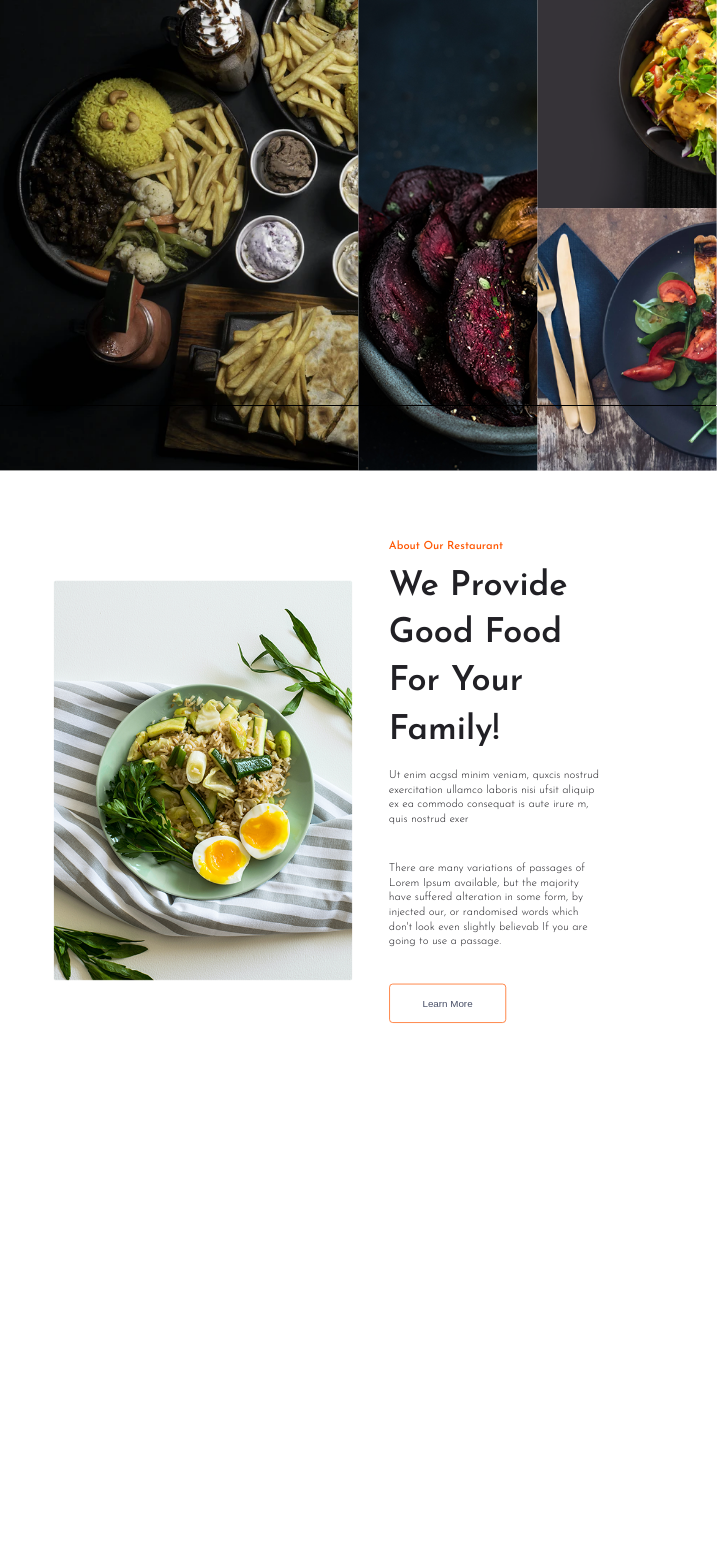
Repository: Ebtehal18/food
Page: index.html
These files come from the project's save history. The page is drawn as it stood at one moment and after the next save; the edit follows.
The browser window is 1024 px wide. The pictures show the part of the page from y = 2326 to 4566 px (the page is 10000 px tall), at 70% of full size.

Above is the page before, as saved 2024-01-18 20:01:29.

After the next save:
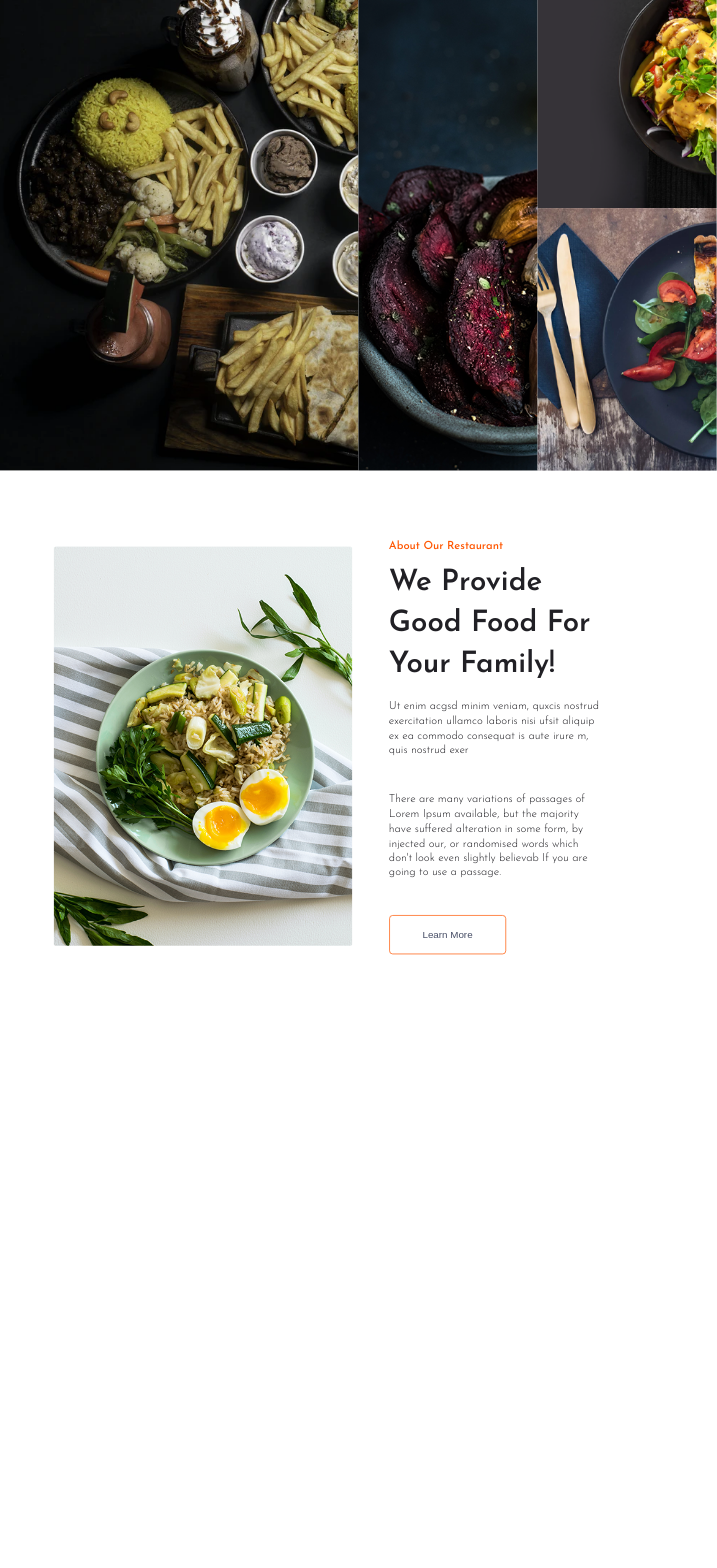
Saved 11 s later.
--- a/asessets/css/style.css
+++ b/asessets/css/style.css
@@ -665,6 +665,9 @@ label {
   width: 100%;
 }
 @media (max-width: 1100px) {
+  .blog .blog-content h2 {
+    font-size: 42px;
+  }
 }
 
 @media (max-width: 991px) {
